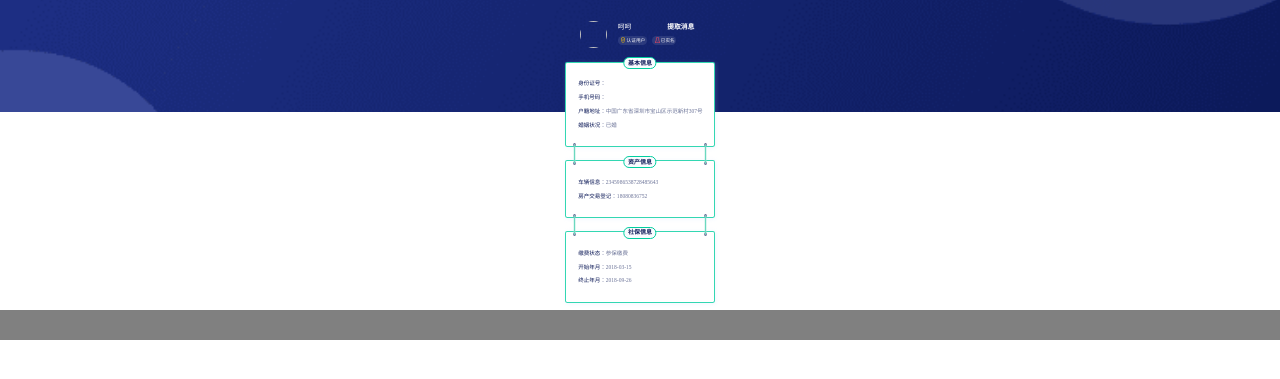
Repository: zlpstart/qingdao-new
Page: /Record
The author's editor kept a copy of each file at every save. The page is drawn from the files as they stood at one save, then again after a run of saves.
The browser window is 1280 px wide. The pictures show the whole page.
The page's requests for data from a server got no answer. Some web fonts or font styles are not loaded; a fallback is used. The project was rebuilt for these pictures with package versions that can differ from the ones it lists, and the page was loaded fresh each time. No one was signed in, and anything a server would have sent is missing. Also part of the build but not shown: src/components/MySpace.vue, src/components/Home.vue, src/components/Enterprise.vue, src/components/Opinion.vue, src/components/Opinion2.vue, src/components/Car.vue, src/components/House.vue, src/components/License.vue and 5 more.

Above is the page before, as saved 2019-09-22 16:22:58.

After the next 2 saves:
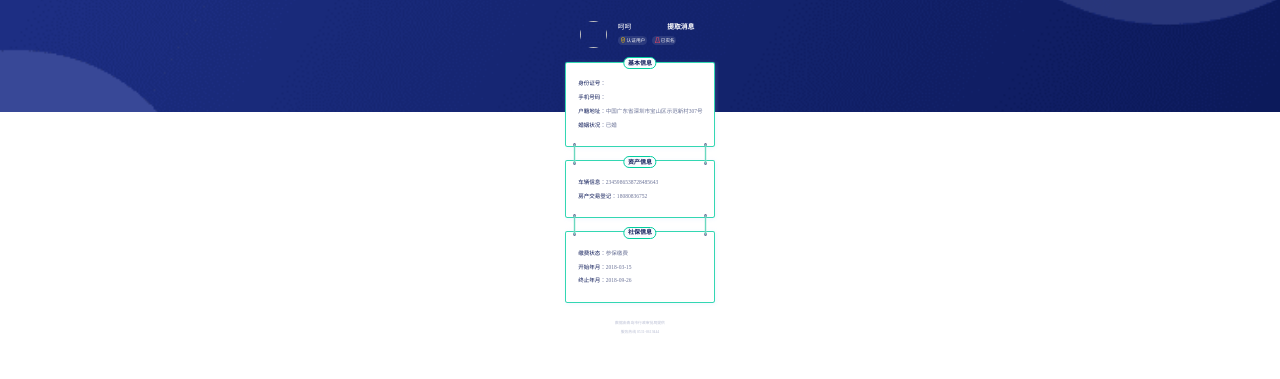
The 2 saves are shown as one change because they came seconds apart.
The last was saved 22 s later.
--- a/src/components/Record.vue
+++ b/src/components/Record.vue
@@ -194,12 +194,6 @@
           <p>数据由青岛市行政审批局提供</p>
           <span></span>
           <p>服务热线 0531-8619444</p>
-        </div>
-        <div class="footer">
-          <div class="footer_btn1"></div>
-          <div class="footer_btn2"></div>
-          <div class="footer_btn3"></div>
-          <div class="footer_btn4"></div>
         </div>
       </div>
     </div>
